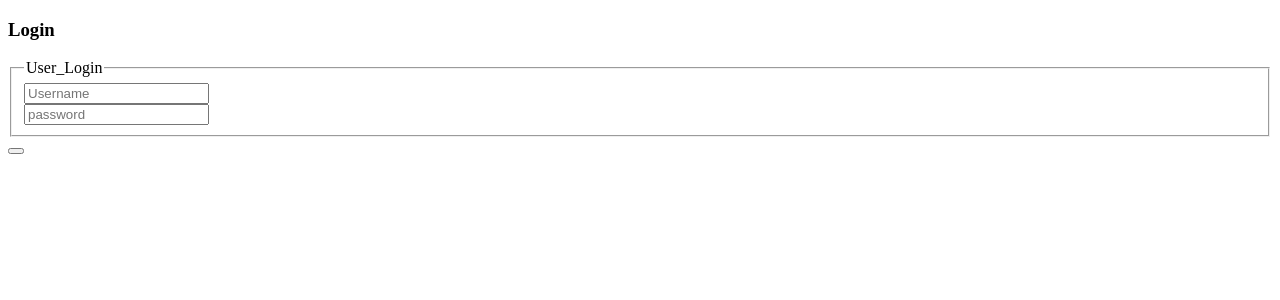
Repository: yhung004/TUTORIAL_PAGE
Page: log_in.html
These files come from the project's save history. The page is drawn as it stood at one moment and after the next save; the edit follows.
The browser window is 1280 px wide. The pictures show the whole page.

Above is the page before, as saved 2024-04-10 02:18:48.

After the next save:
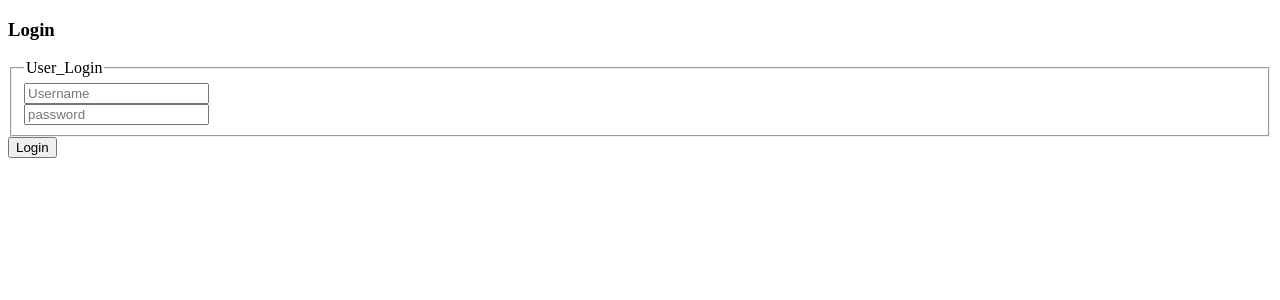
Saved 6 s later.
--- a/log_in.html
+++ b/log_in.html
@@ -17,7 +17,7 @@
         </form>
     </fieldset>
     <button class="button_c">
-
+        Login
     </button>
 
 </body>
